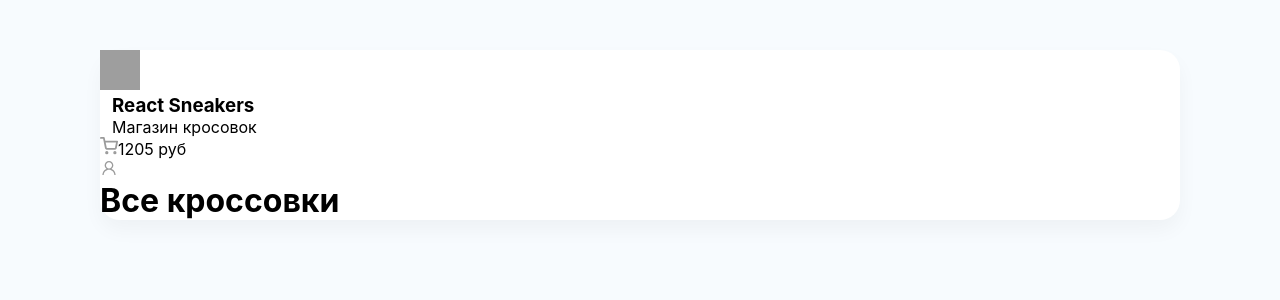
Repository: Azimich/React-Sneakers
Page: /
An editor plug-in stored every save of this project. The page is shown before and after a run of saves, followed by the edit.
The browser window is 1280 px wide. The pictures show the whole page.
Pictures or frames that could not be fetched are drawn as grey boxes. The project was rebuilt for these pictures with package versions that can differ from the ones it lists, and the page was loaded fresh each time.

Above is the page before, as saved 2022-09-22 21:57:53.

### src/index.js
import React from 'react';
import ReactDOM from 'react-dom/client';

import 'macro-css';
import './index.scss';
import App from './App';

const root = ReactDOM.createRoot(document.getElementById('root'));
root.render (
  <React.StrictMode>
    <App />
  </React.StrictMode>
);

### src/index.scss
body {
  margin: 0;
  font-family: -apple-system, BlinkMacSystemFont, 'Segoe UI', 'Roboto', 'Oxygen',
  'Ubuntu', 'Cantarell', 'Fira Sans', 'Droid Sans', 'Helvetica Neue',
  sans-serif;
  background-color: #F7FBFE;
}

*,
*::before,
*::after {
  box-sizing: border-box;
  margin: 0;
  padding: 0;
}

ul {
  list-style: none;
}

a {
  text-decoration: none;
}

input,
textarea,
label,
button {
  background-color: transparent;
  font-family: inherit;
  outline: none;
  display: block;
}

button {
  border: none;
  cursor: pointer;
}

textarea{
  resize: none;
}

h1,h2,h3,h4,h5{
  margin: 0;
}

.wrapper {
  background: #FFFFFF;
  box-shadow: 0px 10px 20px rgba(0, 0, 0, 0.04);
  border-radius: 20px;
  max-width: 1080px;
  margin: 50px auto;
}

.headerInfo {
  margin-left: 12px;
}

### src/App.js
import React from 'react';


function App() {
  return (
    <div className="wrapper">
      <header className="d-flex justify-between align-center">
        <div className="d-flex align-center">
          <img width={40} height={40} src="/img/logo.svg" />
          <div className="headerInfo">
            <h3>React Sneakers</h3>
            <p>Магазин кросовок</p>
          </div>
        </div>
        <ul className="d-flex align-center">
          <li className='mr-30 d-flex align-center'>
            <img width={18} height={18} src="/img/cart.svg" />
            <span>1205 руб</span>
          </li>
          <li>
            <img width={18} height={18} src="/img/user.svg" />
          </li>
        </ul>
      </header>
      <div className="content">
        <h1>Все кроссовки</h1>
      </div>
    </div>
  );
}

export default App;

Loaded but not shown: public/index.html (common file)

After the next 2 saves:
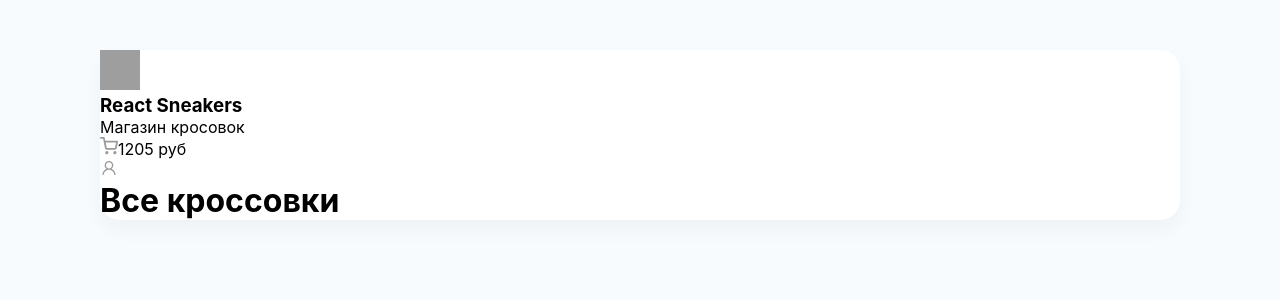
The 2 saves are shown as one change because they came seconds apart.
The last was saved 55 s later.
--- a/src/index.scss
+++ b/src/index.scss
@@ -53,6 +53,8 @@ h1,h2,h3,h4,h5{
   margin: 50px auto;
 }
 
+headr
+
 .headerInfo {
   margin-left: 12px;
 }
